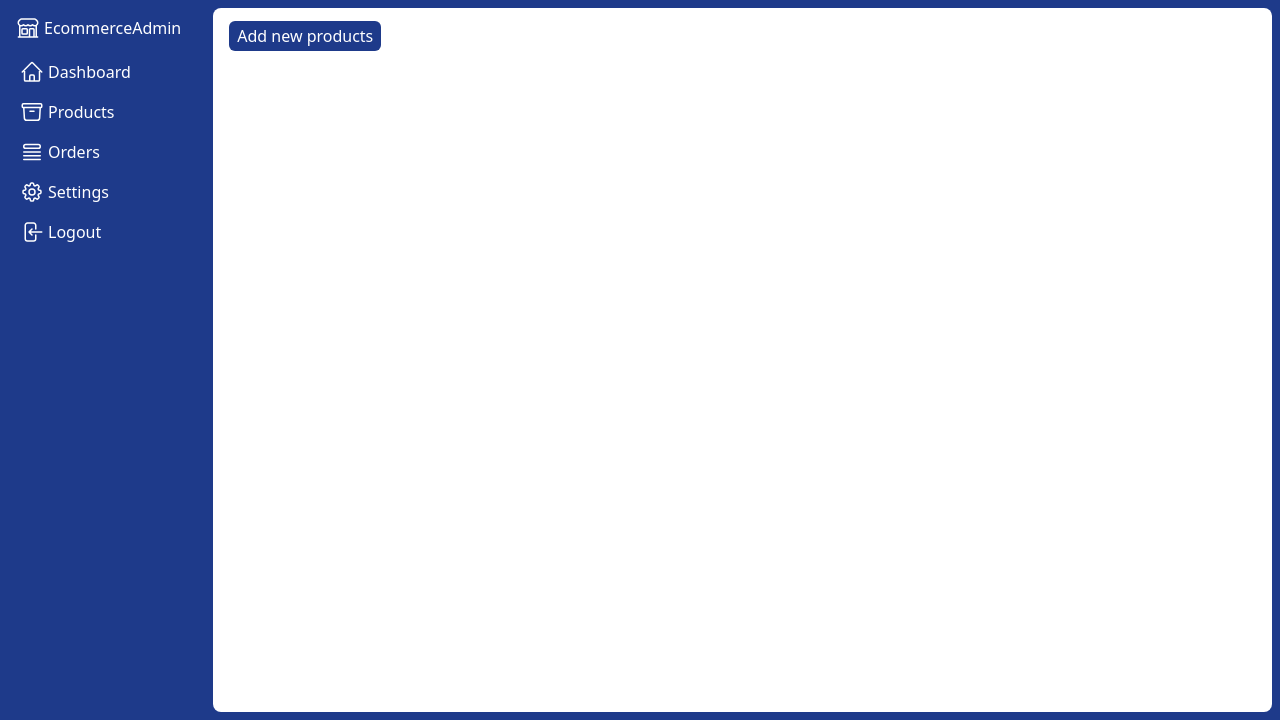
Repository: xoshiraghavx/CRUDS
Page: /Products
An editor plug-in stored every save of this project. The page is shown before and after the next save, followed by the edit.
The browser window is 1280 px wide. The pictures show the whole page.
The page's requests for data from a server got no answer. The project was rebuilt for these pictures with package versions that can differ from the ones it lists, and the page was loaded fresh each time. The framework's server and built-in components were replaced by stand-ins that run in the browser. No one was signed in, and anything a server would have sent is missing. Also part of the build but not shown: next.config.mjs.

Above is the page before, as saved 2024-04-02 18:23:00.

After the next save:
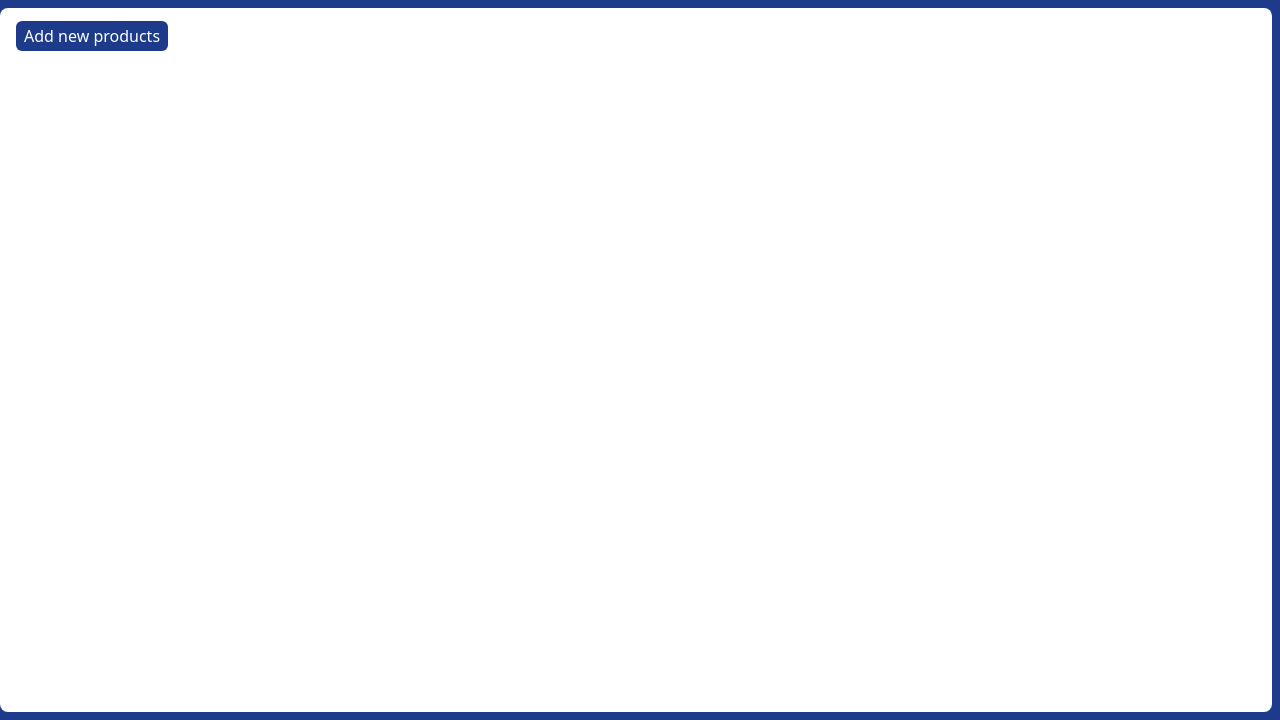
Saved 64 s later.
--- a/components/Layout.js
+++ b/components/Layout.js
@@ -14,7 +14,7 @@ export default function Layout({children}) {
   // }
   return (
     <div className="bg-blue-900 min-h-screen flex">
-      <Nav />
+      {/* <Nav /> */}
     <div className="bg-white flex-grow mt-2 mr-2 mb-2 rounded-lg p-4">
         {children}
         {/* logged in {session.user.email} */}
